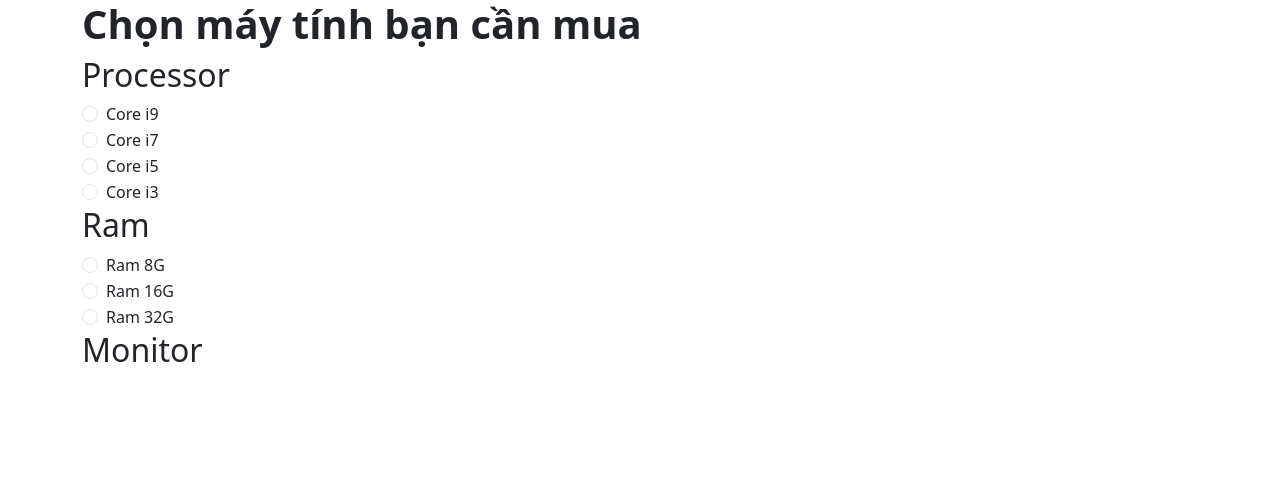
Repository: wuubangdev/bookstore-servlet-jsp
Page: http://localhost/Bai20_JSPCoban_TrangMuaHang/muaMayTinh.jsp
An editor plug-in stored every save of this project. The page is shown before and after the next save, followed by the edit.
The browser window is 1280 px wide. The pictures show the whole page.
The page is served by Tomcat 9.

Above is the page before, as saved 2024-03-19 02:50:55.

### Bai20_JSPCoban_TrangMuaHang/src/main/webapp/muaMayTinh.jsp
<%@ page language="java" contentType="text/html; charset=UTF-8"
    pageEncoding="UTF-8"%>
<!DOCTYPE html>
<html>
<head>
<meta charset="UTF-8">
<title>PC</title>
<link href="https://cdn.jsdelivr.net/npm/bootstrap@5.3.3/dist/css/bootstrap.min.css" rel="stylesheet" integrity="sha384-QWTKZyjpPEjISv5WaRU9OFeRpok6YctnYmDr5pNlyT2bRjXh0JMhjY6hW+ALEwIH" crossorigin="anonymous">
<script src="https://cdn.jsdelivr.net/npm/bootstrap@5.3.3/dist/js/bootstrap.bundle.min.js" integrity="sha384-YvpcrYf0tY3lHB60NNkmXc5s9fDVZLESaAA55NDzOxhy9GkcIdslK1eN7N6jIeHz" crossorigin="anonymous"></script>
</head>
<body>
	<div class="container">
		<h1 style="font-weight: bold;">Chọn máy tính bạn cần mua</h1>
		<form id="form-1">
			<h2>Processor</h2>
			<div class="form-check">
			  <input class="form-check-input" type="radio" name="processor" id="corei9">
			  <label class="form-check-label" for="corei9">
			   Core i9
			  </label>
			</div>
			<div class="form-check">
			  <input class="form-check-input" type="radio" name="processor" id="corei7">
			  <label class="form-check-label" for="corei7">
			   Core i7
			  </label>
			</div>
			<div class="form-check">
			  <input class="form-check-input" type="radio" name="processor" id="corei3">
			  <label class="form-check-label" for="corei3">
			   Core i5
			  </label>
			</div>
			<div class="form-check">
			  <input class="form-check-input" type="radio" name="processor" id="corei3">
			  <label class="form-check-label" for="corei3">
			   Core i3
			  </label>
			</div>
			<h2>Ram</h2>
			<div class="form-check">
			  <input class="form-check-input" type="radio" name="ram" id="8G">
			  <label class="form-check-label" for="8G">
			   Ram 8G
			  </label>
			</div>
			<div class="form-check">
			  <input class="form-check-input" type="radio" name="ram" id="16G">
			  <label class="form-check-label" for="16G">
			   Ram 16G
			  </label>
			</div>
			<div class="form-check">
			  <input class="form-check-input" type="radio" name="ram" id="32G">
			  <label class="form-check-label" for="32G">
			   Ram 32G
			  </label>
			</div>
			<h2>Monitor</h2>
		</form>
	</div>
</body>
</html>

After the next save:
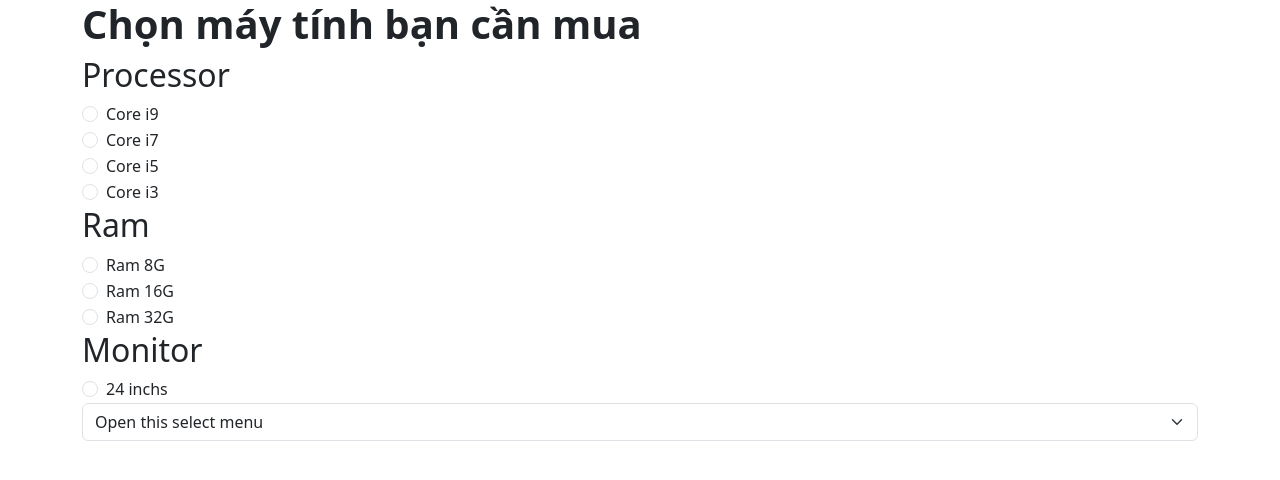
Saved 2 min 15 s later.
--- a/Bai20_JSPCoban_TrangMuaHang/src/main/webapp/muaMayTinh.jsp
+++ b/Bai20_JSPCoban_TrangMuaHang/src/main/webapp/muaMayTinh.jsp
@@ -57,6 +57,18 @@
 			  </label>
 			</div>
 			<h2>Monitor</h2>
+			<div class="form-check">
+			  <input class="form-check-input" type="radio" name="ram" id="32G">
+			  <label class="form-check-label" for="32G">
+			   24 inchs
+			  </label>
+			</div>
+			<select class="form-select" aria-label="Default select example">
+			  <option selected>Open this select menu</option>
+			  <option value="24 Inchs">One</option>
+			  <option value="2">Two</option>
+			  <option value="3">Three</option>
+			</select>
 		</form>
 	</div>
 </body>
